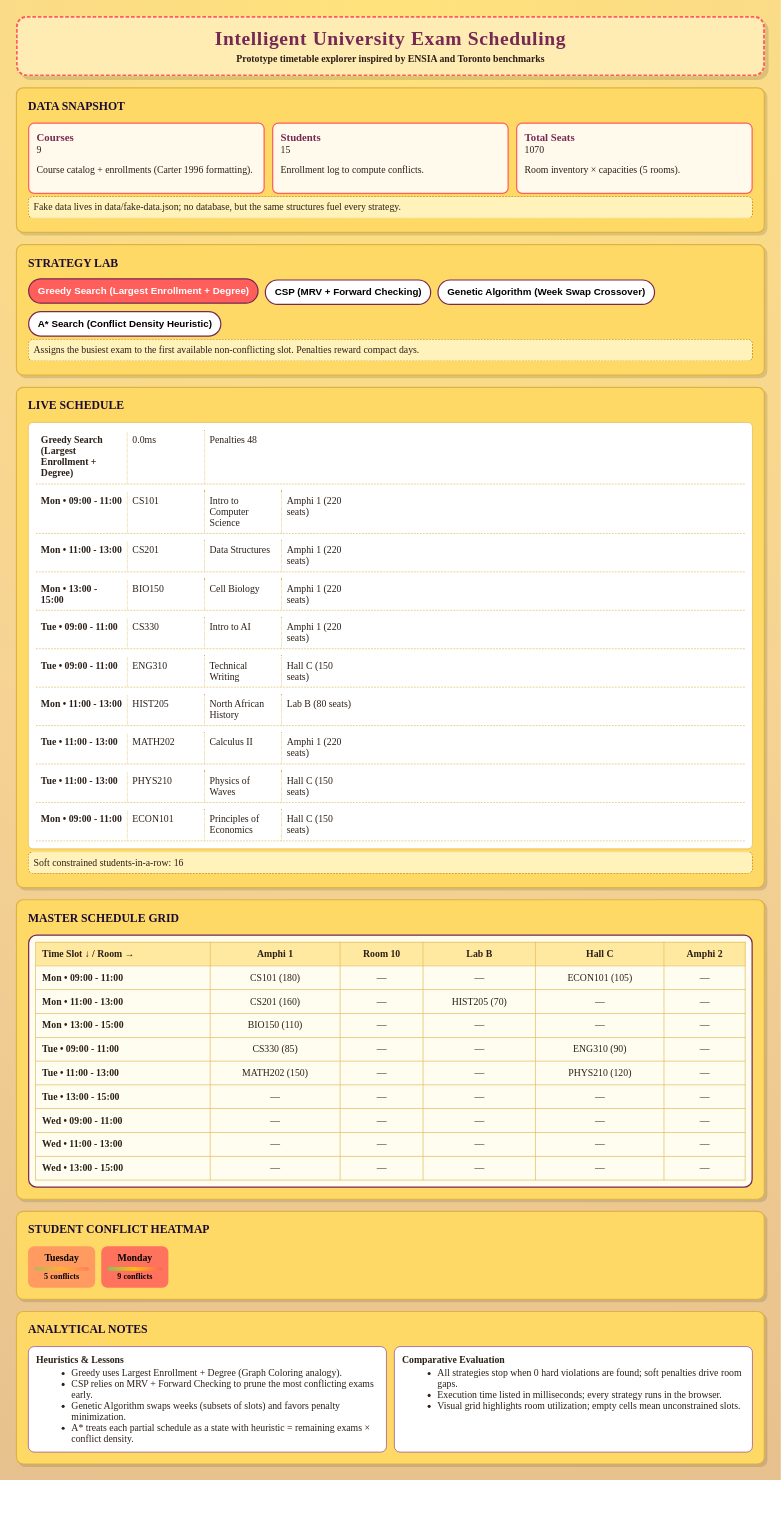
Repository: tarikko/AIExamScheduler
Page: index.html
These files come from the project's save history. The page is drawn as it stood at one moment and after the next save; the edit follows.
The browser window is 1280 px wide. The pictures show the whole page, at 61% of full size.

Above is the page before, as saved 2026-02-23 22:51:01.

After the next save:
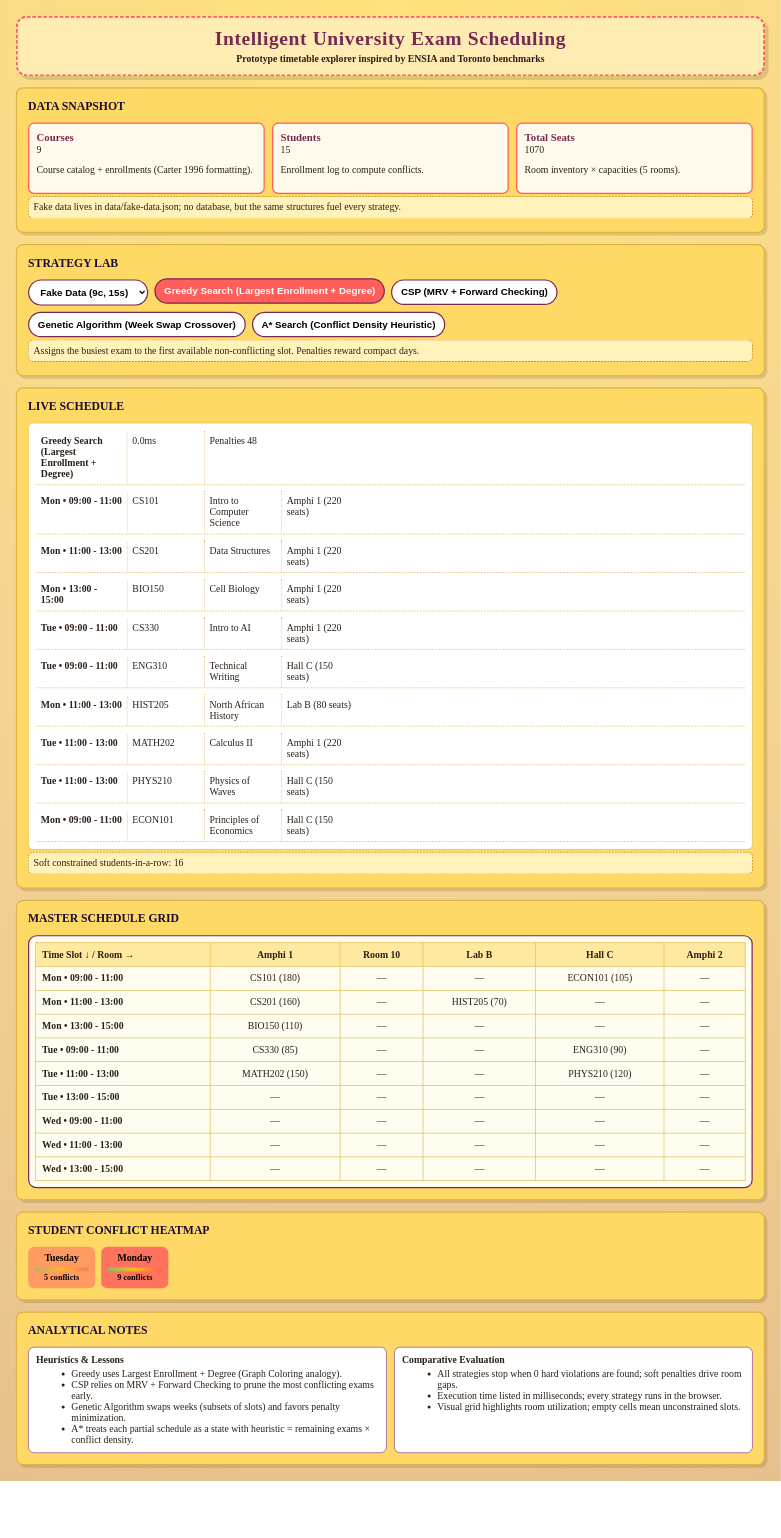
Saved 17 s later.
--- a/js/app.js
+++ b/js/app.js
@@ -49,6 +49,26 @@ async function init() {
 	renderDataOverview(dataset);
 
 	const controlBar = document.getElementById("strategy-controls");
+
+	// Benchmark Dropdown
+	const select = document.createElement("select");
+	select.className = "algo-btn";
+	select.innerHTML = `
+		<option value="fake">Fake Data (9c, 15s)</option>
+		<option value="nottingham">Nottingham (1994)</option>
+	`;
+	select.addEventListener("change", async (e) => {
+		if (e.target.value === "nottingham") {
+			const b = await loadBenchmark();
+			if (b) dataset = b;
+		} else {
+			dataset = await fetch("data/fake-data.json").then((res) => res.json());
+		}
+		renderDataOverview(dataset);
+		runStrategy("greedy");
+	});
+	controlBar.appendChild(select);
+
 	Object.entries(algorithms).forEach(([key, config], index) => {
 		const button = document.createElement("button");
 		button.className = "algo-btn";
@@ -86,6 +106,7 @@ function runStrategy(key) {
 		time: end - start,
 		penalty,
 		softViolations,
+		students: dataset.students,
 	});
 
 	buildMasterGrid(result, dataset.rooms, timeSlots);
